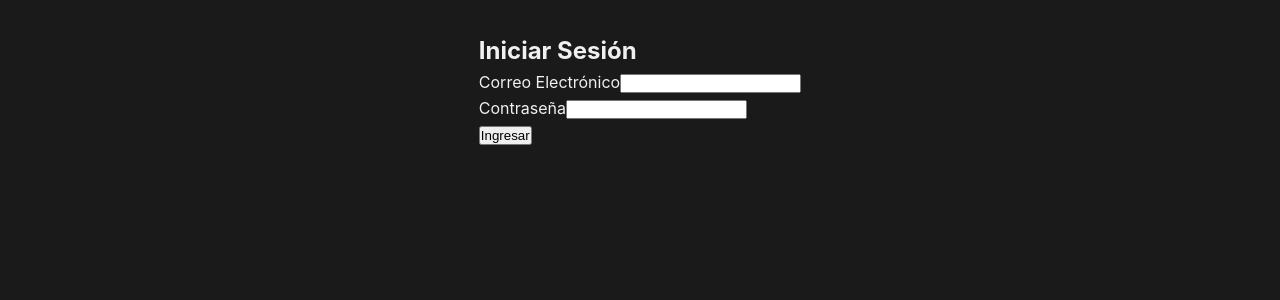
Repository: hercules830/nexa-control-app
Page: /
The author's editor kept a copy of each file at every save. The page is drawn from the files as they stood at one save, then again after a run of saves.
The browser window is 1280 px wide. The pictures show the whole page.
The project was rebuilt for these pictures with package versions that can differ from the ones it lists, and the page was loaded fresh each time. Also part of the build but not shown: vite.config.js, src/pages/DashboardPage.jsx.

Above is the page before, as saved 2025-08-30 14:38:43.

After the next 3 saves:
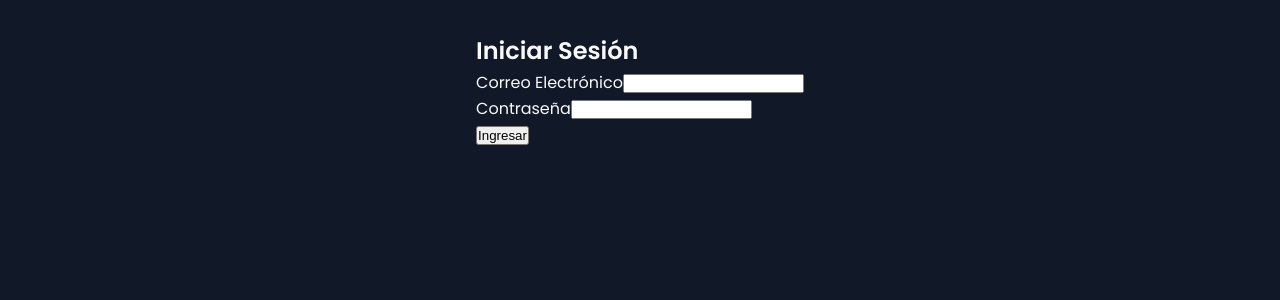
The 3 saves are shown as one change because they came seconds apart.
The last was saved 35 s later.
--- a/src/index.css
+++ b/src/index.css
@@ -1,24 +1,35 @@
 /* src/index.css */
 
-/* Un reseteo básico para que los estilos se vean consistentes en todos los navegadores */
-* {
+:root {
+    /* Paleta de Colores */
+    --color-primary: #8a5cf6; /* Un morado vibrante como acento */
+    --color-primary-hover: #7c3aed;
+    --color-bg: #111827;      /* Fondo principal (casi negro) */
+    --color-surface: #1f2937; /* Color para "tarjetas" y superficies */
+    --color-border: #374151;
+    --color-text-primary: #f9fafb; /* Texto principal (blanco roto) */
+    --color-text-secondary: #9ca3af; /* Texto secundario (gris claro) */
+
+    /* Sombras */
+    --shadow-md: 0 4px 6px -1px rgba(0, 0, 0, 0.1), 0 2px 4px -2px rgba(0, 0, 0, 0.1);
+  }
+
+  * {
     margin: 0;
     padding: 0;
-    box-sizing: border-box; /* Esta es una regla muy útil que facilita el manejo de tamaños */
+    box-sizing: border-box;
   }
 
   body {
-    font-family: -apple-system, BlinkMacSystemFont, 'Segoe UI', Roboto, Helvetica, Arial, sans-serif;
-    background-color: #1a1a1a; /* Un fondo oscuro */
-    color: #f0f0f0; /* Texto claro para contraste */
+    font-family: 'Poppins', sans-serif; /* Usamos nuestra nueva fuente */
+    background-color: var(--color-bg);
+    color: var(--color-text-primary);
     line-height: 1.6;
   }
 
-  /* El div donde se monta nuestra aplicación React */
   #root {
     display: flex;
-    flex-direction: column;
-    align-items: center;
-    padding: 2rem;
+    justify-content: center;
+    padding: 2rem 1rem; /* Más padding en vertical, menos en horizontal para móviles */
     min-height: 100vh;
   }
